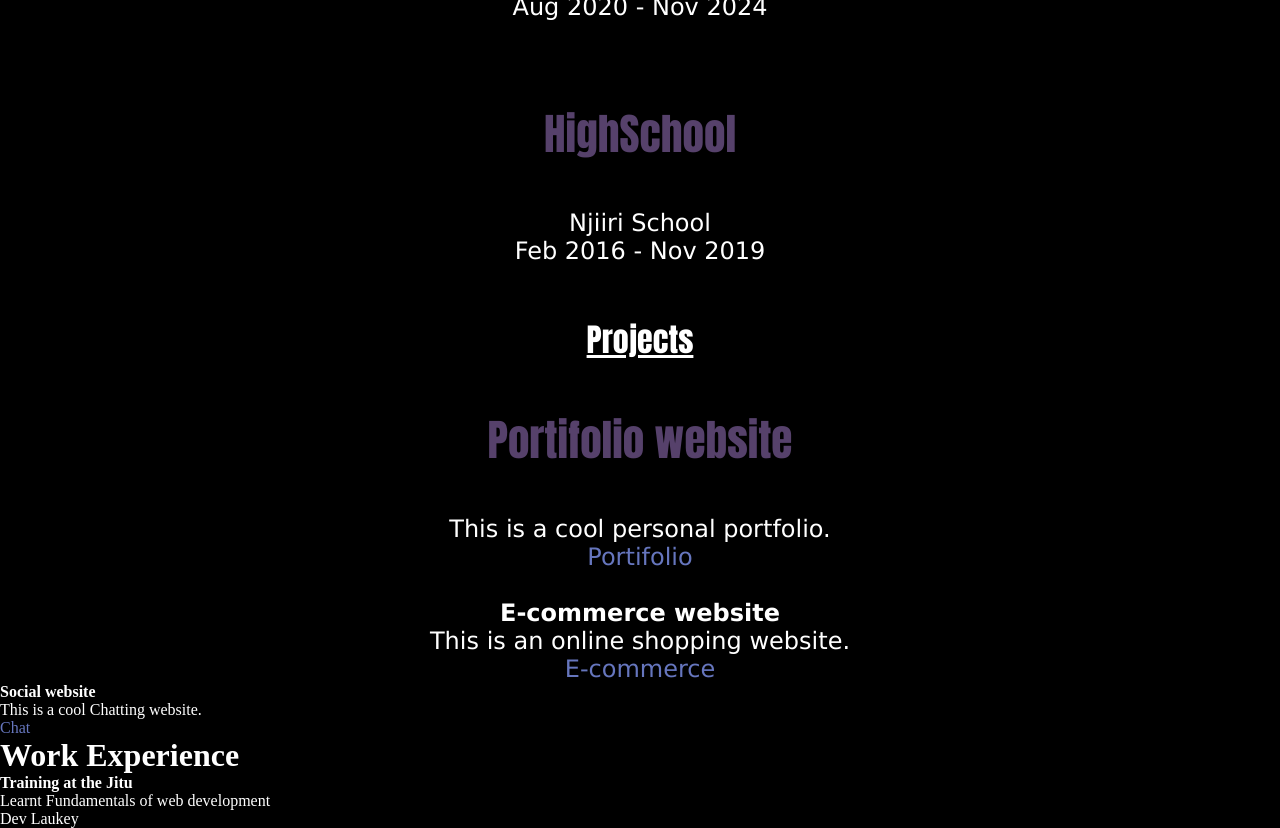
Repository: LaukeyMwaura/Jitu-Day-2
Page: index.html
These files come from the project's save history. The page is drawn as it stood at one moment and after the next save; the edit follows.
The browser window is 1280 px wide. The pictures show the part of the page from y = 1139 to 2091 px (the page is 1967 px tall before and 2091 px after).
A picture or video elsewhere on the page could not be fetched, so the positions and the page height are approximate.

Above is the page before, as saved 2022-05-12 00:38:39.

After the next save:
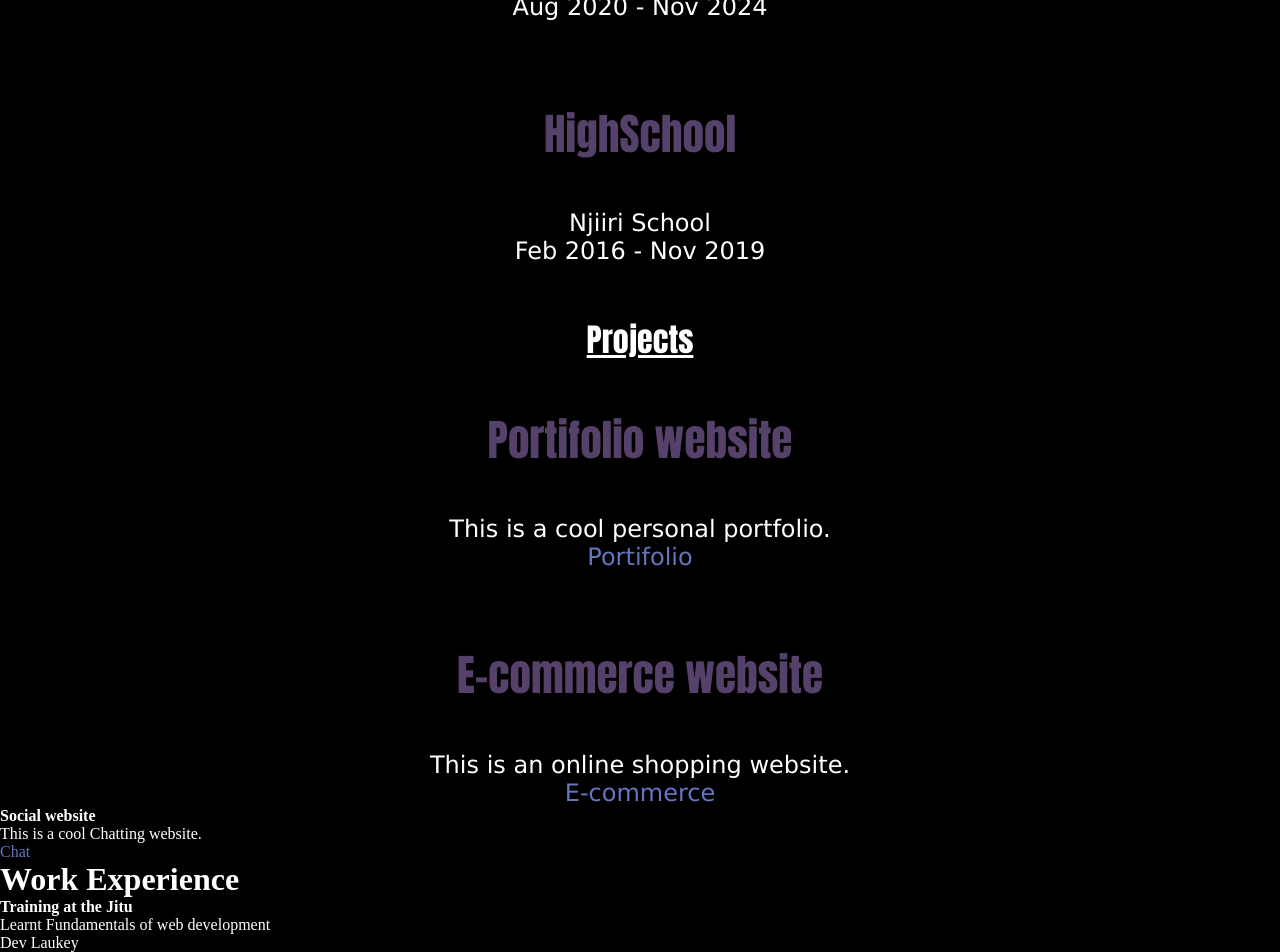
Saved 10 s later.
--- a/index.html
+++ b/index.html
@@ -82,7 +82,7 @@
         <br><br>
       </div>
       <div class="project text">
-        <h4>E-commerce website</h4>
+        <h4 class="subheading">E-commerce website</h4>
         <p>This is an online shopping website.</p>
         <a href="https://victor-100.web.app/">E-commerce</a>
       </div>
